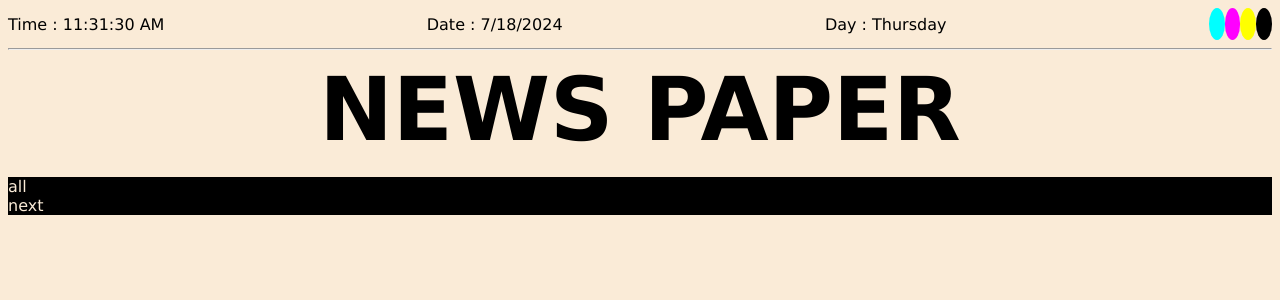
Repository: FARMAN9/new_paper
Page: /
The author's editor kept a copy of each file at every save. The page is drawn from the files as they stood at one save, then again after a run of saves.
The browser window is 1280 px wide. The pictures show the whole page.
The project was rebuilt for these pictures with package versions that can differ from the ones it lists, and the page was loaded fresh each time. Also part of the build but not shown: vite.config.js.

Above is the page before, as saved 2024-07-27 23:40:56.

### index.html
<!DOCTYPE html>
<html lang="en">
  <head>
    <meta charset="UTF-8" />
    <link rel="icon" type="image/svg+xml" href="/vite.svg" />
    <meta name="viewport" content="width=device-width, initial-scale=1.0" />
    <title>NEWS PAPER</title>
  </head>
  <body>
    <div id="root"></div>
    <script type="module" src="/src/main.jsx"></script>
  </body>
</html>

### src/App.jsx
import { useState } from "react";
import reactLogo from "./assets/react.svg";
import viteLogo from "/vite.svg";
import "./App.css";
import Header from "./components/Header";

function App() {
  const [count, setCount] = useState(0);

  return (
    <>
      <Header></Header>
    </>
  );
}

export default App;

### src/index.css
* {
  font-family: "Lucida Sans", "Lucida Sans Regular", "Lucida Grande",
    "Lucida Sans Unicode", Geneva, Verdana, sans-serif;
}
body {
  background-color: antiquewhite;
}

### src/App.css
.mytest {
  display: flex;
  justify-content: space-between;
  align-items: center;
  height: 2rem;
  width: 100%;
}
.cmyk {
  display: flex;
  justify-content: center;
  align-items: center;
  height: inherit;
  width: 5%;
}
.cyan {
  background-color: cyan;
  color: white;
  height: inherit;
  width: 25%;
  border-radius: 50%;
}
.magenta {
  background-color: magenta;
  color: white;
  height: inherit;
  width: 25%;
  border-radius: 50%;
}
.yellow {
  background-color: yellow;
  color: black;
  height: inherit;
  width: 25%;
  border-radius: 50%;
}
.black {
  background-color: black;
  color: white;
  height: inherit;
  width: 25%;
  border-radius: 50%;
}
h1 {
  margin: 0;
  padding: 0;
  font-size: 5.5rem;
  text-align: center;
}
.blackstrip-top {
  background-color: black;
  color: antiquewhite;
  height: 10%;
  width: 100%;
}

### src/components/Header.jsx
import React, { useState, useEffect } from "react";

function Header() {
  var [date, setDate] = useState(new Date());
  const news = ["all", "next"];

  useEffect(() => {
    var timer = setInterval(() => setDate(new Date()), 1000);
    return function cleanup() {
      clearInterval(timer);
    };
  });
  return (
    <nav className="">
      <div className="mytest">
        <p> Time : {date.toLocaleTimeString()}</p>
        <p> Date : {date.toLocaleDateString()}</p>
        <p> Day : {date.toLocaleDateString("en-US", { weekday: "long" })}</p>
        <div className="cmyk">
          <div className="cyan"></div>
          <div className="magenta"></div>
          <div className="yellow"></div>
          <div className="black"></div>
        </div>
      </div>
      <hr />
      <h1>NEWS PAPER</h1>
      <p className="blackstrip-top">
        {news.map((item, index) => (
          <div key={index}>{item}</div>
        ))}
      </p>
    </nav>
  );
}

export default Header;

Loaded but not shown: src/main.jsx (common file)

After the next 2 saves:
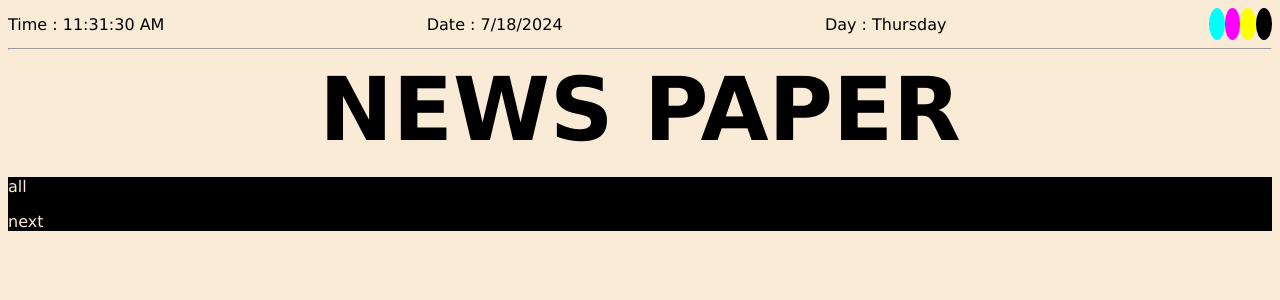
The 2 saves are shown as one change because 1 did not build or start.
The last was saved 25 s later.
--- a/src/components/Header.jsx
+++ b/src/components/Header.jsx
@@ -27,7 +27,7 @@ function Header() {
       <h1>NEWS PAPER</h1>
       <p className="blackstrip-top">
         {news.map((item, index) => (
-          <div key={index}>{item}</div>
+          <p key={index}>{item}</p>
         ))}
       </p>
     </nav>
